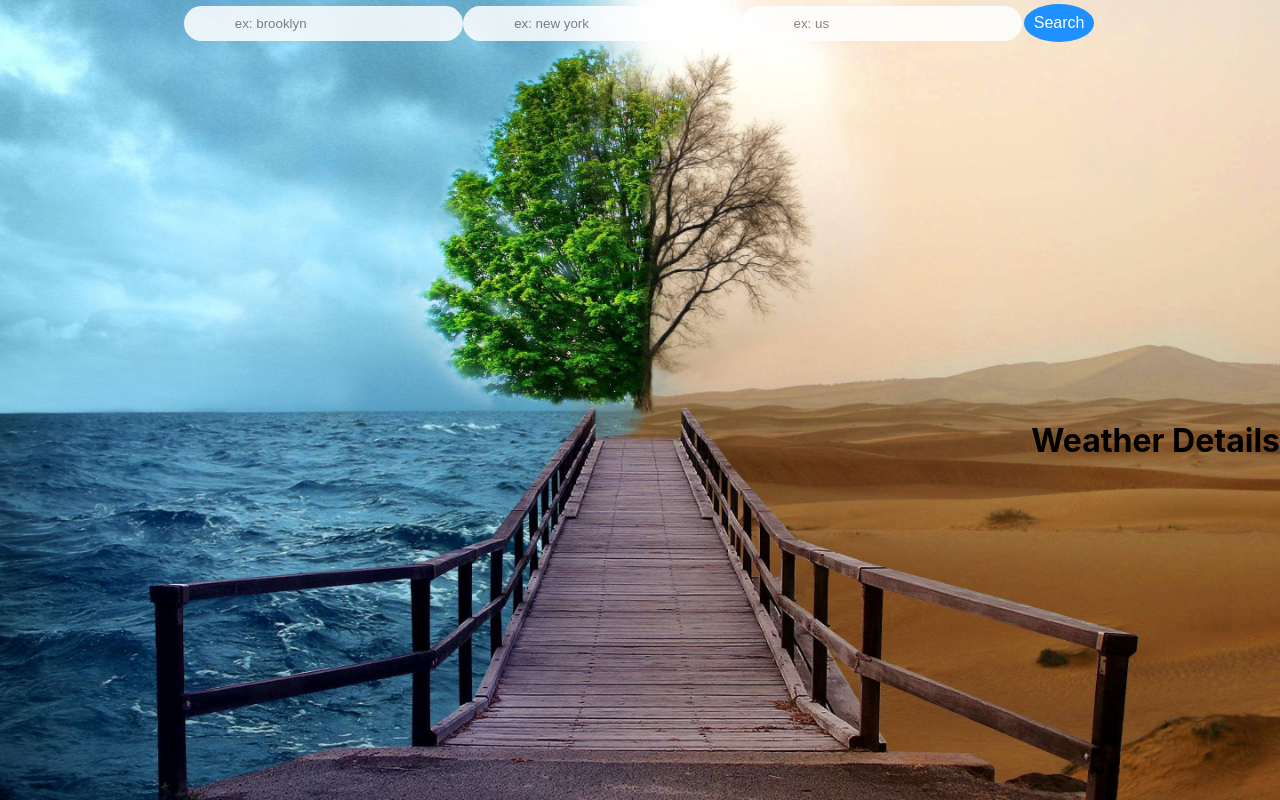
Repository: Mohsin231/Weather_App
Page: /
These files come from the project's save history. The page is drawn as it stood at one moment and after the next save; the edit follows.
The browser window is 1280 px wide. The pictures show the whole page.
The project was rebuilt for these pictures with package versions that can differ from the ones it lists, and the page was loaded fresh each time.

Above is the page before, as saved 2021-01-25 04:42:37.

### src/App.js
import React, { useState } from 'react'
import Weather from './Components/Weather'
import WeatherDetails from './Components/WeatherDetails'
import SearchForm from './Components/SearchForm'
import { Route } from 'react-router-dom';
import './App.css';

function App() {

  const [data, setData] = useState({
    city:"",
    state:"",
    country:""
  })

  //weather.js data
  const [weatherData, setWeatherData] = useState(null);
  //weatherDetails data
  const [weatherDetails, setWeatherDetails] = useState(null);

  //displays weather.js data
  function handleChange(event) {
    setData({...data, [event.target.id]:event.target.value})
    console.log(data)
    }

  return (
    <>
    <div className="App">
      <SearchForm
      handleChange={handleChange}
      data={data}
      setData={setData}
      setWeatherData={setWeatherData}
      setWeatherDetails={setWeatherDetails}
      />

<Route path="/" exact component={() => <Weather data={data} setData={setData} weatherData={weatherData}  />} />
<Route path="/" exact component={() => <WeatherDetails data={data} setData={setData} weatherDetails={weatherDetails} />} />

    </div>
    </>

  );
}

export default App;

### src/Components/Weather.js
import React, { useState } from "react";
import WeatherDetails from "../Components/WeatherDetails";
import '../Weather.css';

const Weather = ({ data, setData, weatherData }) => {
  const [action, setAction] = useState("");

  return (
      <div className="main">

        {weatherData &&
        (
          <div className="city-container">

            <div className="city">
            <h2 className="city-name">
              <span>{weatherData.name}, {weatherData.sys.country}</span>
            </h2>

            <div className="city-temp">
              {Math.round(weatherData.main.temp)}
              <sup>&deg;F</sup>
            </div>

            <div className="icon">
              <img className="city-icon" src={`https://openweathermap.org/img/wn/${weatherData.weather[0].icon}@2x.png`} alt={weatherData.weather[0].description} />
              <p>{weatherData.weather[0].description}</p>
            </div>
            </div>

            <button onClick = {() => {setAction("moreDetails")}} id="moreDetails">Show more details...</button>
            </div>

)
}
      {
        action === "moreDetails"
        &&
        <WeatherDetails/>
      }
      </div>

    );
}

export default Weather;




// {weatherData && (
//   <div className="city"
//   <h2 className="city">
//     <span>{weatherData.name}, {weatherData.sys.country}</span>
//   </h2>

// <div className="city-temp">
//   {Math.round(weatherData.main.temp)}
//   <sup>&deg;F</sup>
// </div>

// <div className="city-icon">
// <img className="weather-icon" src={`http://openweathermap.org/img/wn/${weatherData.weather[0].icon}@2x.png`} alt={weatherData.weather[0].description} />
// <p>{weatherData.weather[0].description}</p>
// </div>

// </div>

// )}

// </div>
// </>

### src/Components/WeatherDetails.js
import React from "react";
import '../WeatherDetails.css';

//displays details of weather
const WeatherDetails = ({data, setData, weatherDetails }) => {

  return (
    <div className="main">
      <h1>Weather Details</h1>

      {weatherDetails &&
      (
        <div className="moreInfo">
          <h2>Feels Like: {weatherDetails.main.feels_like}</h2>
          <h2>Min: {weatherDetails.main.temp_min}, Max:{weatherDetails.main.temp_max}</h2>
          <h2>Humidity: {weatherDetails.main.humidity}</h2>
          <h2>Wind Speed: {weatherDetails.wind.speed}</h2>
          </div>

)
}

    </div>

  );
}

export default WeatherDetails;

### src/Components/SearchForm.js
import React, {useEffect} from 'react';
import '../SearchForm.css';
//search


  // Destructure props object
  function SearchForm({handleChange, data, setData, setWeatherData, setWeatherDetails }) {


    const getData = () => {

      let url = `http://api.openweathermap.org/data/2.5/weather?q=${data.city},${data.state},${data.country}&units=imperial&appid=${process.env.REACT_APP_ONEDAY}`

    fetch(url)
      .then(res => res.json())
      .then(res => {
        console.log(res)
        setWeatherData(res);
        setWeatherDetails(res)
      })
      .catch(err => {
        console.error(err);
      });}

  function handleSubmit(event) {
    event.preventDefault();
    getData();
  }

    return (
      <form onSubmit={handleSubmit} className="searchForm">
        <input
          className="search"
          id="city"
          placeholder="ex: brooklyn"
          type="text"
          name="searchString"
          required
          onChange={handleChange}
          value={data.city}
        />
        <input
        className="search"
          id="state"
          placeholder="ex: new york"
          type="text"
          name="searchString"
          required
          onChange={handleChange}
          value={data.state}
        />
        <input
        className="search"
          id="country"
          placeholder="ex: us"
          type="text"
          name="searchString"
          required
          onChange={handleChange}
          value={data.country}
        />
        <button className="button">Search</button>
      </form>
    );
  }
  export default SearchForm;

### src/App.css
.App {
  text-align: center;

}

body {
  background: url("./images/weatherBackground.jpg");
  background-size: cover;
  background-repeat: no-repeat;
}

### src/Weather.css
.main {
    /* height: 100%;
    display: flex;
    justify-content: center;
    align-items: center;
    flex-direction: column; */
    position: absolute;
  top: 80px;
  right: 0;

  }

.city {
    padding: 50px;
    border-radius: 25px;
    background: rgba(235, 230, 230, 0.85);
}

#moreDetails {
    margin-top: 100px;
    background-color: dodgerblue;
    border: none;
    color: white;
    padding: 10px;
    text-align: center;
    text-decoration: none;
    display: inline-block;
    font-size: 16px;
    margin: 4px 2px;

}

### src/WeatherDetails.css
.more-info {
    padding: 40px, 40px, 60px, 60px;
    border-radius: 25px;
    background: rgba(235, 230, 230, 0.85);

}
.main {
    height: 100%;
    display: flex;
    justify-content: center;
    align-items: center;
    flex-direction: column;
  }

### src/SearchForm.css
.search {
    outline: none;
    padding: 10px 4%;
    border-radius: 20px;
    border: none;
    margin-bottom: 5%;
    opacity: 0.85;

}
.button {
    background-color: dodgerblue;
    border: none;
    color: white;
    padding: 10px;
    text-align: center;
    text-decoration: none;
    display: inline-block;
    font-size: 16px;
    margin: 4px 2px;
    border-radius: 80%;
  }

Loaded but not shown: public/index.html (common file); src/index.js (common file); src/index.css (common file); src/reportWebVitals.js (common file)

After the next save:
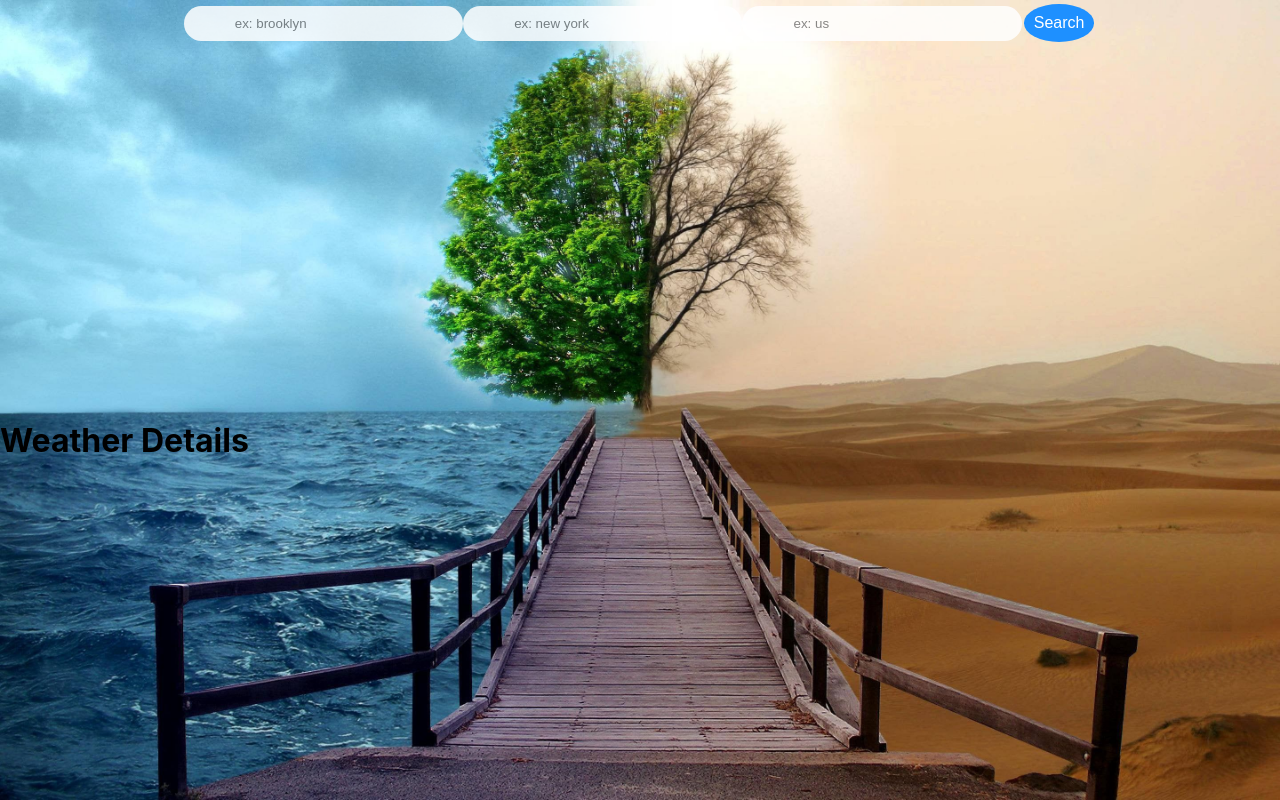
Saved 9 s later.
--- a/src/Weather.css
+++ b/src/Weather.css
@@ -6,7 +6,6 @@
     flex-direction: column; */
     position: absolute;
   top: 80px;
-  right: 0;
 
   }
 
